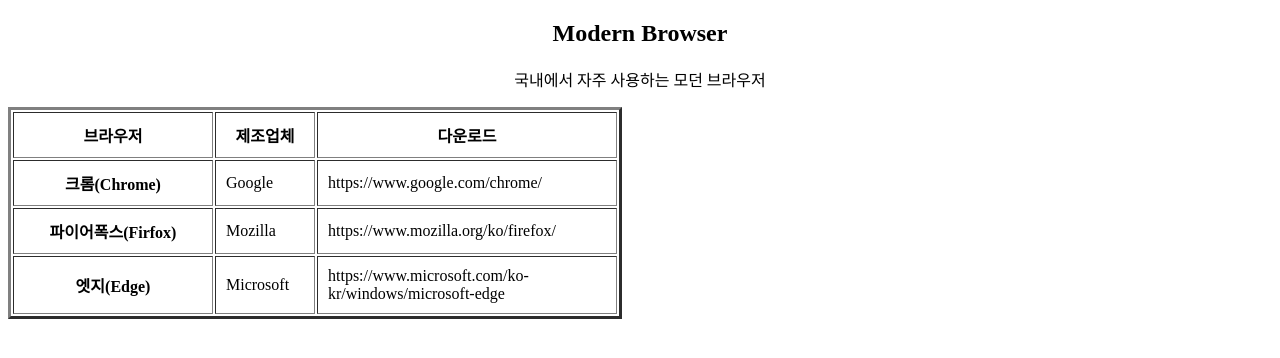
Repository: seulhwangbo/SeulJSP
Page: jspSrc17/webStandard01/src/main/webapp/02/table03.html
An editor plug-in stored every save of this project. The page is shown before and after the next save, followed by the edit.
The browser window is 1280 px wide. The pictures show the whole page.

Above is the page before, as saved 2024-06-13 06:27:04.

### jspSrc17/webStandard01/src/main/webapp/02/table03.html
<!DOCTYPE html>
<html>
<head>
<meta charset="UTF-8">
<style type="text/css">
td, th {
	padding: 10px;
}

h2, p {
	text-align: center;
}
</style>
<title>Insert title here</title>
</head>
<body>
	<caption>
		<h2>
			<strong>Modern Browser</strong>
		</h2>
		<p>국내에서 자주 사용하는 모던 브라우저</p>
	</caption>
	<table border="3">
		<colgroup>
			<col style="width: 200px;">
			<col style="width: 100px;">
			<col style="width: 300px;">
		</colgroup>
		<tr>
			<th>브라우저</th>
			<th>제조업체</th>
			<th>다운로드</th>
		</tr>
		<tr>
			<th>크롬(Chrome)</th>
			<td>Google</td>
			<td>https://www.google.com/chrome/</td>
		</tr>
		<tr>
			<th>파이어폭스(Firfox)</th>
			<td>Mozilla</td>
			<td>https://www.mozilla.org/ko/firefox/</td>
		</tr>
		<tr>
			<th>엣지(Edge)</th>
			<td>Microsoft</td>
			<td>https://www.microsoft.com/ko-kr/windows/microsoft-edge</td>
		</tr>
	</table>
</body>
</html>

After the next save:
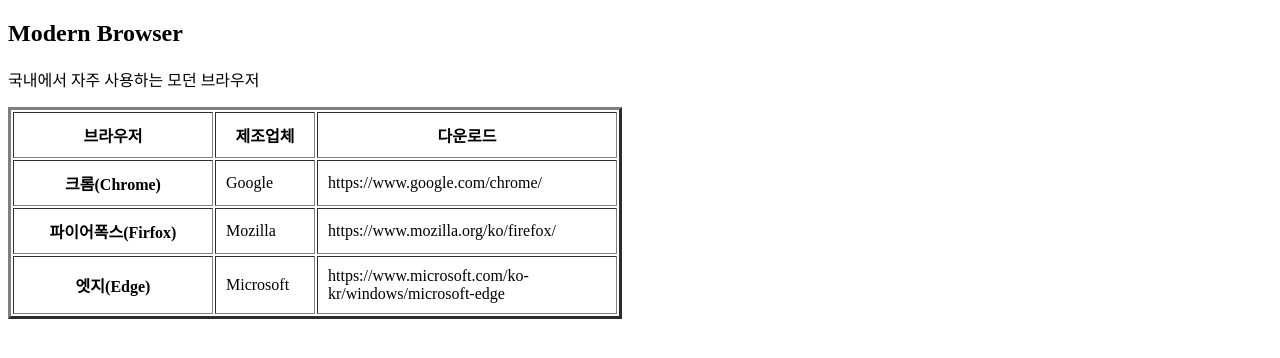
Saved 13 s later.
--- a/jspSrc17/webStandard01/src/main/webapp/02/table03.html
+++ b/jspSrc17/webStandard01/src/main/webapp/02/table03.html
@@ -7,9 +7,6 @@ td, th {
 	padding: 10px;
 }
 
-h2, p {
-	text-align: center;
-}
 </style>
 <title>Insert title here</title>
 </head>
